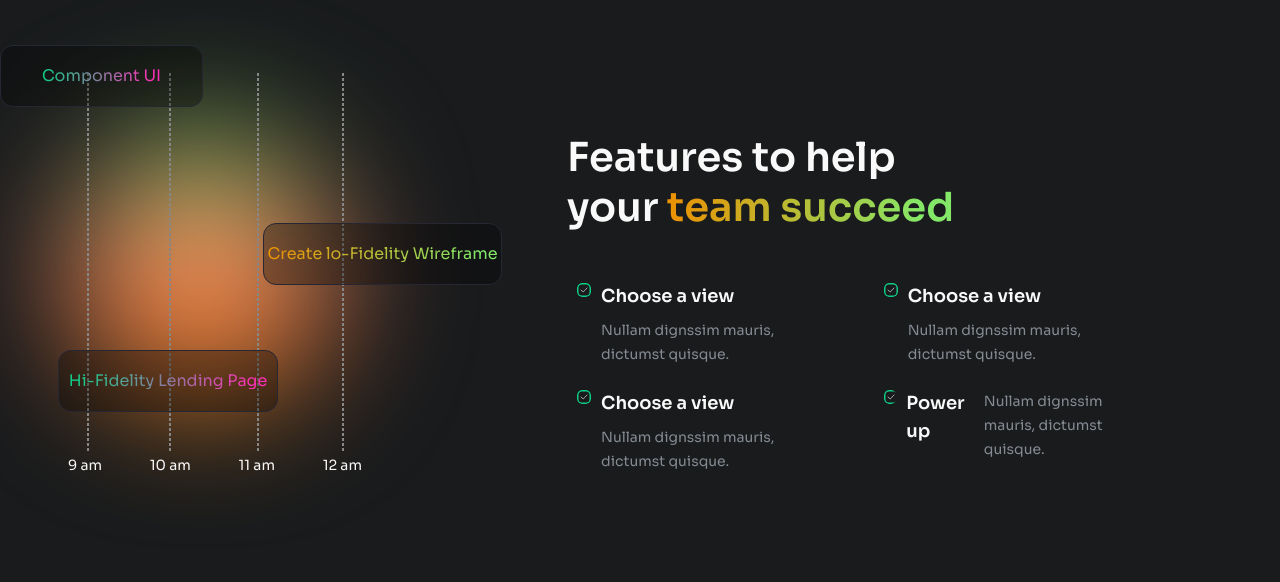
Repository: anhthiethumg/Task_Managerment_Website
Page: index.html
An editor plug-in stored every save of this project. The page is shown before and after a run of saves, followed by the edit.
The browser window is 1280 px wide. The pictures show the part of the page from y = 2400 to 2982 px (the page is 2982 px tall).
A picture or video elsewhere on the page could not be fetched, so the positions and the page height are approximate.

Above is the page before, as saved 2023-07-31 09:16:48.

After the next 5 saves:
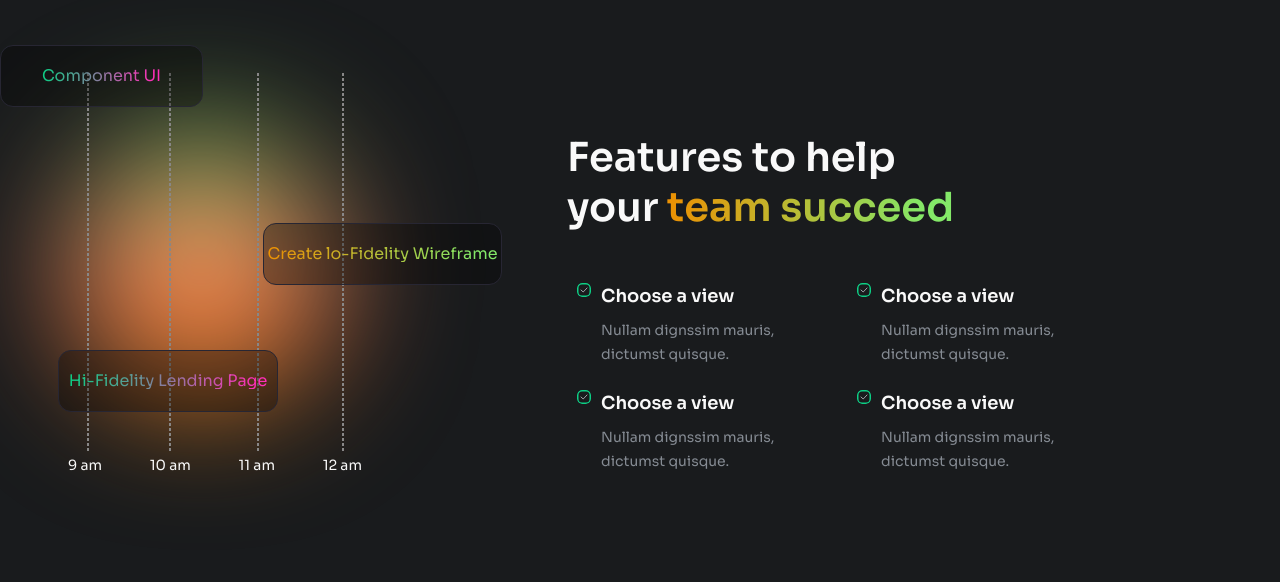
The 5 saves are shown as one change because they came seconds apart.
The last was saved 14 s later.
--- a/index.html
+++ b/index.html
@@ -341,16 +341,18 @@
               <div class="feature__item">
                 <div class="feature--item__content">
                   <h3 class="feature--item__title">Choose a view</h3>
-                <p class="feature__desc">
-                  Nullam dignssim mauris, dictumst quisque.
-                </p>
+                  <p class="feature__desc">
+                    Nullam dignssim mauris, dictumst quisque.
+                  </p>
                 </div>
               </div>
               <div class="feature__item">
-                <h3 class="feature--item__title">Power up</h3>
-                <p class="feature__desc">
-                  Nullam dignssim mauris, dictumst quisque.
-                </p>
+                <div class="feature--item__content">
+                  <h3 class="feature--item__title">Choose a view</h3>
+                  <p class="feature__desc">
+                    Nullam dignssim mauris, dictumst quisque.
+                  </p>
+                </div>
               </div>
             </div>
           </div>
